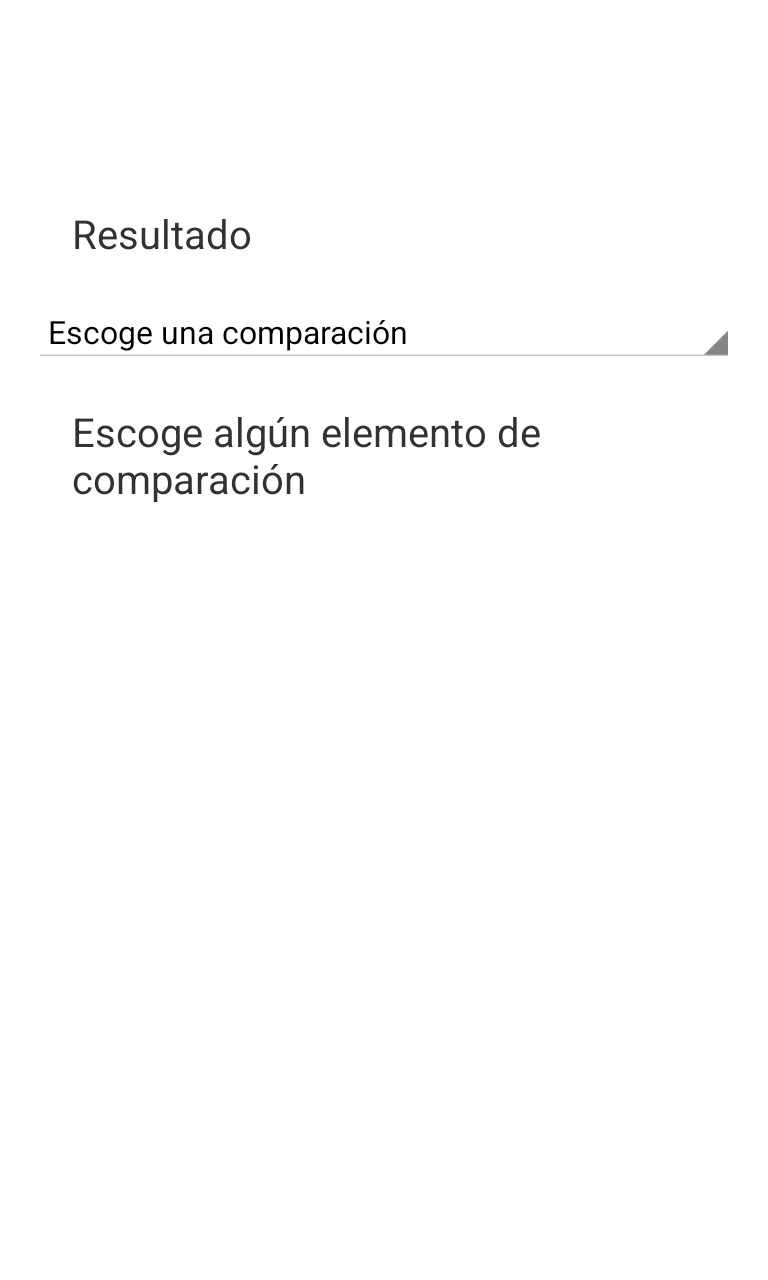
Repository: Jumax9/myPersonalNewton
Layout: MyPersonalNewton/res/layout/result.xml
An editor plug-in stored every save of this project. The layout is shown before and after the next save, followed by the edit.
It is drawn on a 768 x 1280 px phone screen (xhdpi) without system bars, with theme AppTheme; the app's code is not run.

Above is the layout before, as saved 2014-03-15 13:55:34.

### MyPersonalNewton/res/layout/result.xml
<RelativeLayout xmlns:android="http://schemas.android.com/apk/res/android"
    xmlns:tools="http://schemas.android.com/tools"
    android:layout_width="match_parent"
    android:layout_height="match_parent"
    android:paddingBottom="@dimen/activity_vertical_margin"
    android:paddingLeft="@dimen/activity_horizontal_margin"
    android:paddingRight="@dimen/activity_horizontal_margin"
    android:paddingTop="@dimen/activity_vertical_margin"
    tools:context=".MainActivity" >

    <LinearLayout
        android:layout_width="fill_parent"
        android:layout_height="wrap_content"
        android:layout_alignParentTop="True"
        android:orientation="vertical" >

        <TextView
            android:id="@+id/planetaResultado"
            android:layout_width="fill_parent"
            android:layout_height="wrap_content"
            android:padding="20dp"
            android:textSize="20sp" >
        </TextView>

        <TextView
            android:id="@+id/resultado"
            android:layout_width="fill_parent"
            android:layout_height="wrap_content"
            android:padding="20dp"
            android:text="@string/resultado"
            android:textSize="20sp" >
        </TextView>

        <Spinner
            android:id="@+id/spinnerOoparts"
            android:layout_width="fill_parent"
            android:layout_height="wrap_content"
            android:entries="@array/ooparts_array"
            android:prompt="@string/ooparts_prompt" />

        <TextView
            android:id="@+id/ooparts"
            android:layout_width="fill_parent"
            android:layout_height="wrap_content"
            android:padding="20dp"
            android:text="@string/oopartsEscoge"
            android:textSize="20sp" >
        </TextView>
    </LinearLayout>

</RelativeLayout>

### MyPersonalNewton/res/values/strings.xml
<?xml version="1.0" encoding="utf-8"?>
<resources>

    <string name="app_name">My Gravity</string>
    <string name="action_settings">Settings</string>
    <string name="hello_world">Hello world!</string>
    <string name="calculadora">Calculadora de gravedad</string>
    <string name="invitacion">Introduce la altitud sobre el nivel del mar a la que se encuentra</string>
    <string name="calcular">Calcular</string>
    <string name="resultado">Resultado</string>
    <string name="jupiter">Jupiter</string>
    <string name="astro">Escoge un planeta u otro astro para ver qué gravedad ejerce sobre la Tierra y compararla con otros objetos de la superficie terrestre</string>
    <string name="oopartsEscoge">Escoge algún elemento de comparación</string>
    <string name="planet_prompt">Elige un astro</string>

    <string-array name="planet_array">
        <item>0 - Sol</item>
        <item>1 - Mercurio</item>
        <item>2 - Venus</item>
        <item>3 - La Luna</item>
        <item>4 - Marte</item>
        <item>5 - Júpiter</item>
        <item>6 - Saturno</item>
        <item>7 - Urano</item>
        <item>8 - Neptuno</item>
    </string-array>

    <string name="ooparts_prompt"></string>

    <string-array name="ooparts_array">
        <item>Escoge una comparación</item>
        <item>Aneto</item>
        <item>Calvitero</item>
        <item>Mulhacén</item>
        <item>Peña Trevinca</item>
        <item>Pica d\'Estats</item>
        <item>Teide</item>
        <item>Teleno</item>
    </string-array>

</resources>

Loaded but not shown: MyPersonalNewton/res/values/styles.xml (common file); MyPersonalNewton/res/values-v11/styles.xml (common file); MyPersonalNewton/res/values-v14/styles.xml (common file); MyPersonalNewton/res/values/dimens.xml (common file)

After the next save:
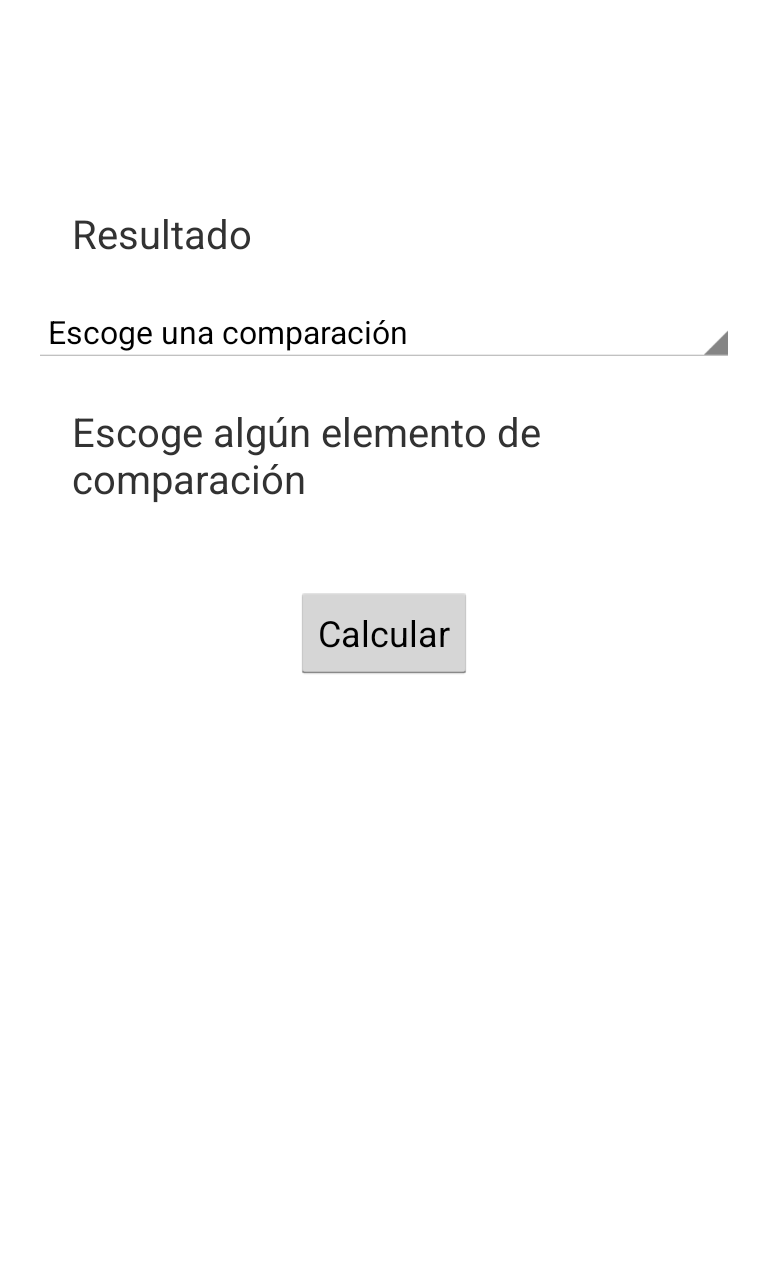
Saved 18 s later.
--- a/MyPersonalNewton/res/layout/result.xml
+++ b/MyPersonalNewton/res/layout/result.xml
@@ -46,6 +46,15 @@
             android:text="@string/oopartsEscoge"
             android:textSize="20sp" >
         </TextView>
+
+        <Button
+            android:id="@+id/calcular"
+            android:layout_width="wrap_content"
+            android:layout_height="wrap_content"
+            android:layout_gravity="center"
+            android:layout_margin="20dp"
+            android:text="@string/calcular" />
+
     </LinearLayout>
 
 </RelativeLayout>
